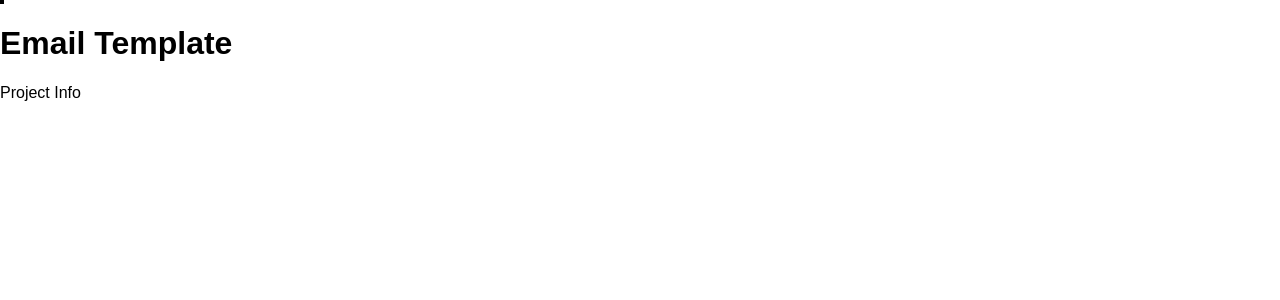
Repository: MikeeBuilds/email-template
Page: index.html
An editor plug-in stored every save of this project. The page is shown before and after a run of saves, followed by the edit.
The browser window is 1280 px wide. The pictures show the whole page.

Above is the page before, as saved 2022-11-21 15:36:24.

### index.html
<!DOCTYPE html>
<html lang="en" xmlns="http://www.w3.org./1999/xhtml" xmlns:0="urn:schemas-microsoft-com:office:office">
<head>
    <meta charset="UTF-8">
    <meta http-equiv="X-UA-Compatible" content="IE=edge">
    <meta name="x-apple-disable-message-reformatting">
    <meta name="viewport" content="width=device-width, initial-scale=1.0">
    <link rel="stylesheet" href="styles.css">
    <title>Emal Template</title>
    <!--[if mso]>
        <noscript>
            <xml>
                <o:OfficeDocumentSettings>
                    <o:AllowPNG/>
                    <o:PixelsPerInch>96</o:PixelsPerInch>
                </o:OfficeDocumentSettings>
            </xml>
        <![endif]-->
        <style>
            table, td, div, h1, p {
                font-family: Arial, sans-serif;
            }
            table, td {
                border: 2px solid #000 !important;
            }
            </style>
<body style="margin: 0; padding: 0;">
    <table>

    </table>
    <h1>Email Template</h1>
    <p>Project Info</p>
</body>
</head>
</html>

Loaded but not shown: styles.css (no stored copy; drawn as an empty file)

After the next 4 saves:
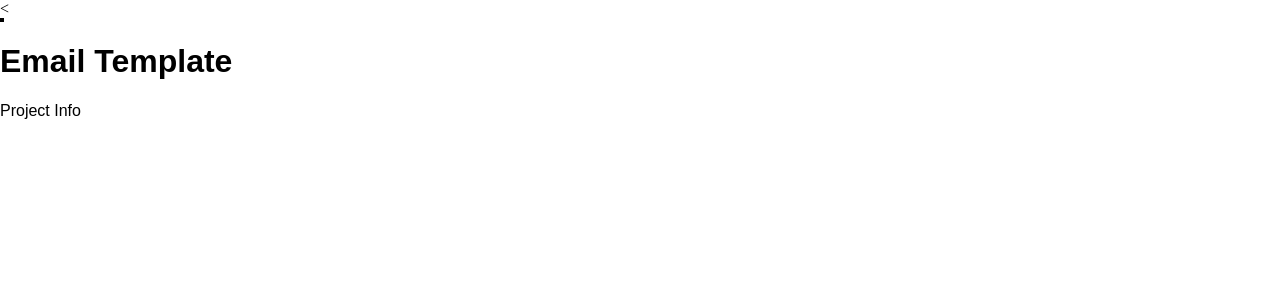
The 4 saves are shown as one change because they came seconds apart.
The last was saved 10 s later.
--- a/index.html
+++ b/index.html
@@ -26,7 +26,9 @@
             </style>
 <body style="margin: 0; padding: 0;">
     <table>
-
+        <tr>
+            <
+        </tr>
     </table>
     <h1>Email Template</h1>
     <p>Project Info</p>
